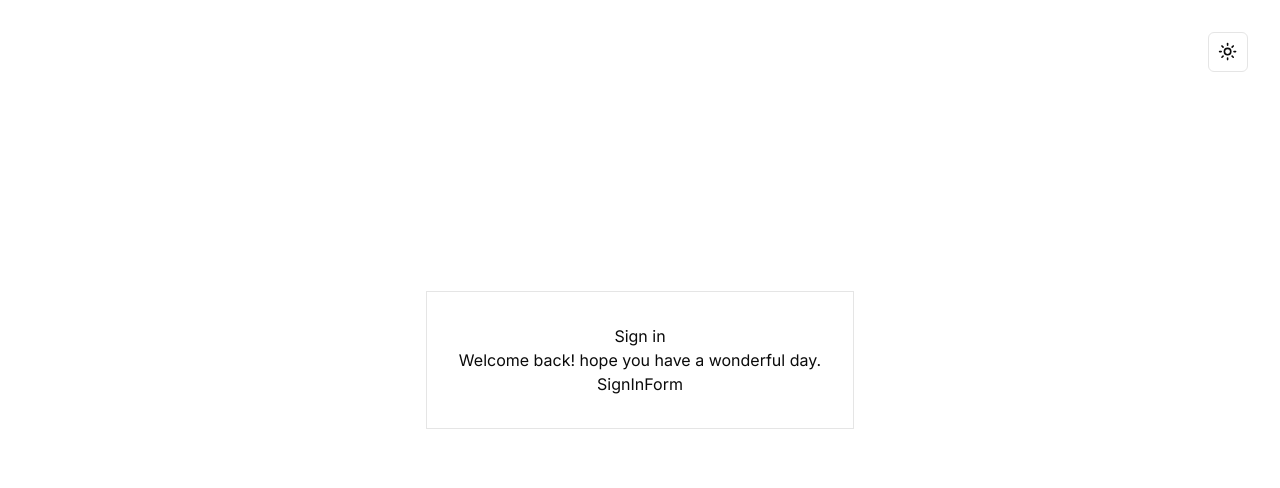
Repository: nickgoel31/authentication-toolkit
Page: /sign-in
An editor plug-in stored every save of this project. The page is shown before and after the next save, followed by the edit.
The browser window is 1280 px wide. The pictures show the whole page.
The project was rebuilt for these pictures with package versions that can differ from the ones it lists, and the page was loaded fresh each time. The framework's server and built-in components were replaced by stand-ins that run in the browser. Also part of the build but not shown: next.config.mjs.

Above is the page before, as saved 2024-02-04 13:22:07.

After the next save:
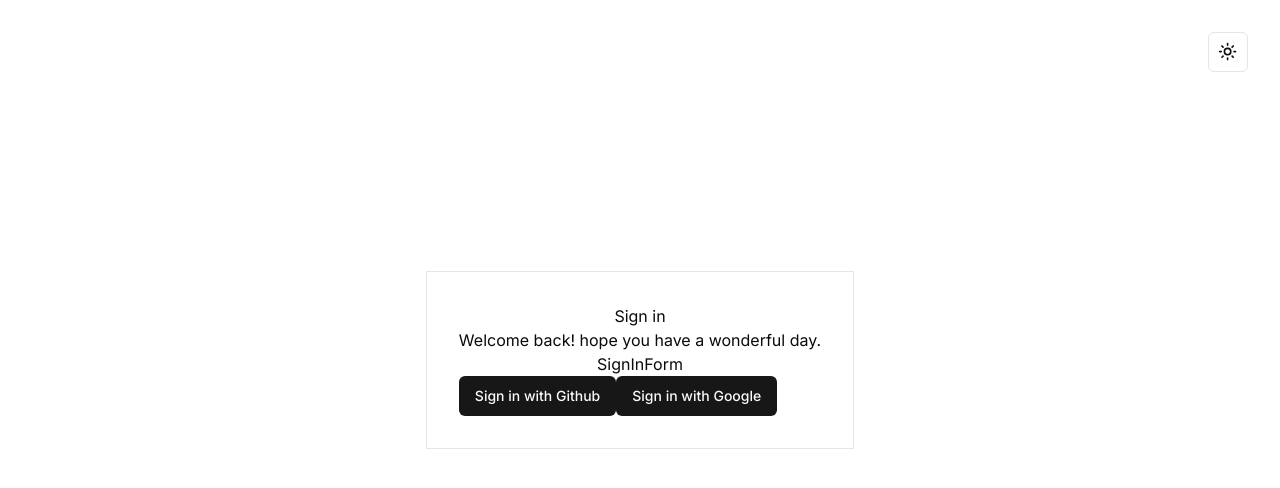
Saved 6 s later.
--- a/app/(auth)/sign-in/page.tsx
+++ b/app/(auth)/sign-in/page.tsx
@@ -9,7 +9,7 @@ const SignInPage = () => {
     tag='Welcome back! hope you have a wonderful day.'
     backHref='/sign-up'
     backLabel="Don't have an account?"
-
+    showSocial
     >
       <SignInForm />
     </FormWrapper>
